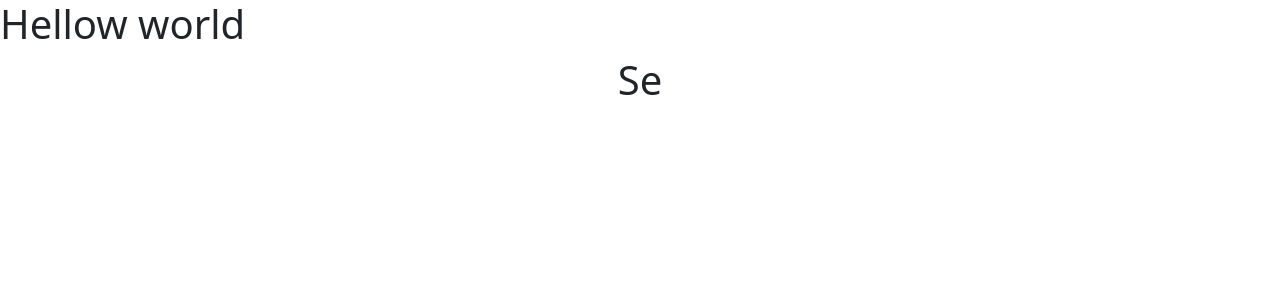
Repository: aryowisang/mbg
Page: latihan-24.html
An editor plug-in stored every save of this project. The page is shown before and after the next save, followed by the edit.
The browser window is 1280 px wide. The pictures show the whole page.

Above is the page before, as saved 2026-04-30 13:56:21.

### latihan-24.html
<!DOCTYPE html>
<html lang="en">
<head>
    <meta charset="UTF-8">
    <meta name="viewport" content="width=device-width, initial-scale=1.0">
    <title>Document</title>
    <link rel="stylesheet" href="dist/css/bootstrap.min.css">
</head>
<body>
    <h1>Hellow world</h1>

    <section id="hero" class="hero text-center">
        <div class="container fade-line-up">
            <h1>Se</h1>
    </section>
</body>
</html>

Loaded but not shown: dist/css/bootstrap.min.css (library)

After the next save:
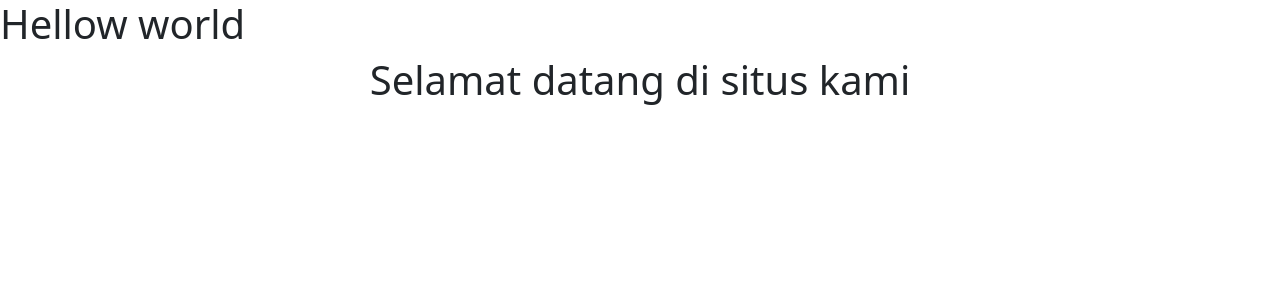
Saved 4 s later.
--- a/latihan-24.html
+++ b/latihan-24.html
@@ -11,7 +11,7 @@
 
     <section id="hero" class="hero text-center">
         <div class="container fade-line-up">
-            <h1>Se</h1>
+            <h1>Selamat datang di situs kami</h1>
     </section>
 </body>
 </html>
